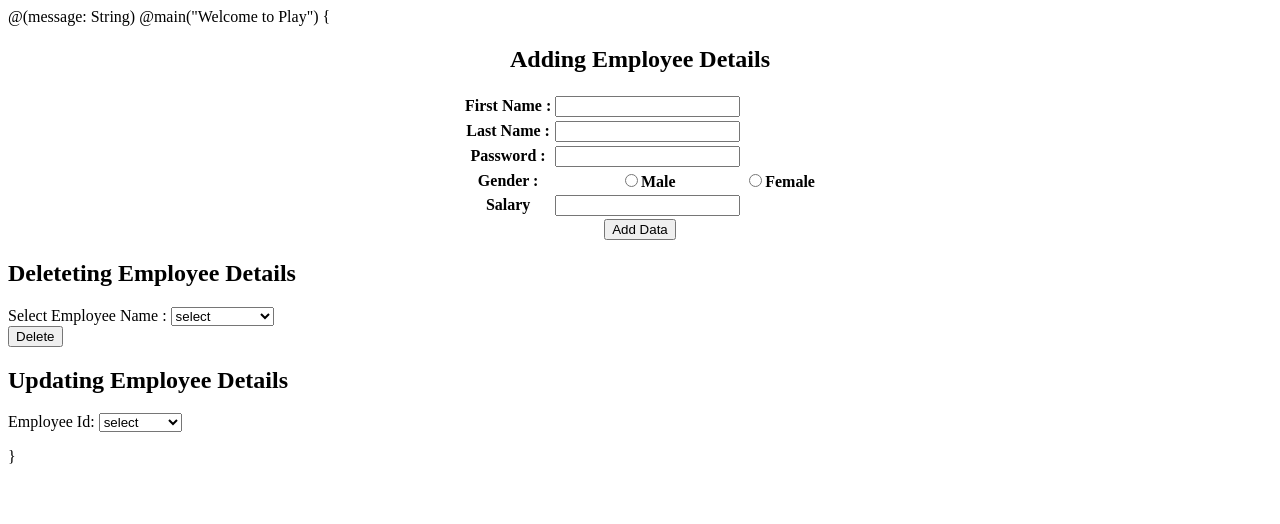
Repository: PoonamDeokar/SalesTool
Page: CrudDemo/app/views/index.scala.html
These files come from the project's save history. The page is drawn as it stood at one moment and after the next save; the edit follows.
The browser window is 1280 px wide. The pictures show the whole page.

Above is the page before, as saved 2016-09-16 06:29:35.

### CrudDemo/app/views/index.scala.html

@(message: String)

@main("Welcome to Play") {


  	<form action ="@routes.HomeController.addEmp()" method="post">

    	<center>
    	<h2>Adding Employee Details </h2>
    	<table>
    	<tr>
    		<th>First Name :</th>
    		<th><input type="text" name="fname"></th>
    	</tr>
    	<tr>
    		<th>Last Name :</th>
    		<th><input type="text" name="lname"></th>
    	</tr>
    	<tr>
    		<th>Password :</th>
    		<th><input type="password" name="pass"></th>
    	</tr>
    	<tr>
    		<th>Gender :</th>
    		<th><input type="radio" name="gen" value="male">Male<br></th>
    		<th><input type="radio" name="gen" value="fmale">Female<br></th>
    	</tr>
    	<tr>
    		<th>Salary</th>
    		<th><input type="text" name="sal"></th>
    	</tr>

    	 </table>
    	 <input type="submit"  value="Add Data"/>
    	</center>
    </form>

    <from action="@routes.HomeController.deleteEmp()" method="post">
    <h2>Deleteting Employee Details</h2>

    Select Employee Name : <select fname="fname">
    <option value="0">select</option>
    @for(emp<-Employee.find.all){
    	<option value=@emp.fname>@emp.fname</option>
    }
    </select><br>
    <input type="submit" value="Delete"/>

    </from>

    <form action="@routes.HomeController.updateEmp()" method="get">
    <h2>Updating Employee Details</h2>
    Employee Id: <select eid="eid">
    	<option value="0">select</option>
    	@for(emp<-Employee.find.all){
    		<option value=@emp.eid>@emp.eid</option>
    	}
    </select><br>


    </form>

}

After the next save:
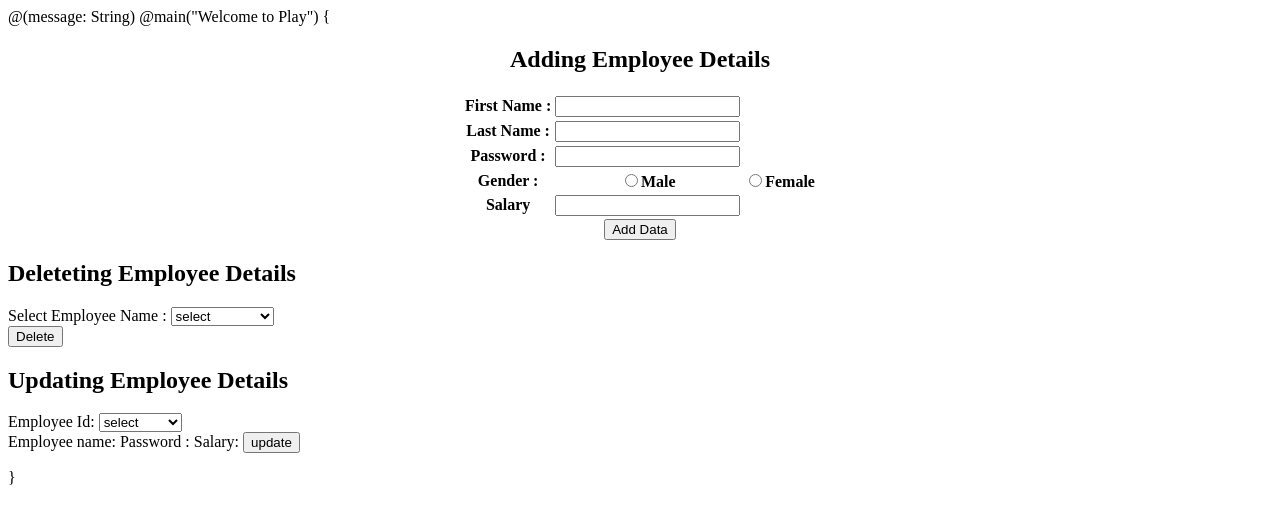
Saved 72 s later.
--- a/CrudDemo/app/views/index.scala.html
+++ b/CrudDemo/app/views/index.scala.html
@@ -57,7 +57,10 @@
     		<option value=@emp.eid>@emp.eid</option>
     	}
     </select><br>
-
+    Employee name:
+    Password :
+    Salary:
+    <input type="submit" value="update"/>
 
     </form>
 
